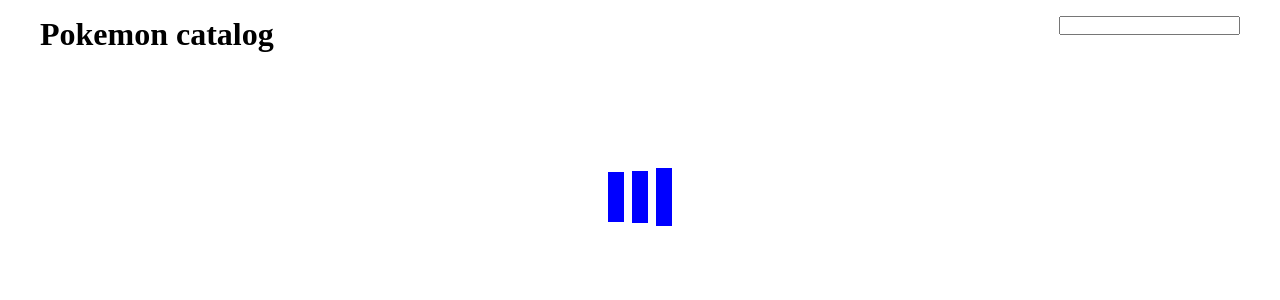
Repository: Ryszard-Penkala/pokemon-API
Page: index.html
These files come from the project's save history. The page is drawn as it stood at one moment and after the next save; the edit follows.
The browser window is 1280 px wide. The pictures show the whole page.
The page's requests for data from a server got no answer.

Above is the page before, as saved 2020-06-28 09:58:44.

### index.html
<!DOCTYPE html>
<html lang="en">
<head>
    <meta charset="UTF-8">
    <meta name="viewport" content="width=device-width, initial-scale=1.0">
    <link href="https://fonts.googleapis.com/css2?family=Lato:wght@400;700&amp;display=swap" rel="stylesheet">
    <link rel="stylesheet" href="assets/styles/styles.css">
    <title>Pokemon API</title>
</head>
<body>
    <main class="pokemon-app">
        <header class="header-main pokemon-app__header">
            <div class="header-main__catalog">
                <h1 class="header-main__heading">Pokemon catalog</h1>
            </div>
            <div class="header-main__search-bar">
                <input class="header-main__searching header-main__searching--active" type="text">
            </div>
        </header>
        <section class="section-main pokemon-app__section" data-content>

        </section>
        <footer class="footer-main pokemon-app__footer">
            <div class="footer-main__load-bar">
                <button class="footer-main__load-button" data-load-button>Load more</button>
                <div class="footer-main__loader hidden" data-loader><div></div><div></div><div></div></div>
            </div>

        </footer>
    </main>


    <script src="assets/js/script.js"></script>
    <script>
        const Catalog = new pokemonAPICatalog();
        Catalog.init();
    </script>
</body>
</html>

### assets/styles/styles.css
*, *::before, *::after{
    margin: 0;
    padding: 0;
    box-sizing: border-box;
}
.body{
    display: flex;
    font-family: "Lato", sans-serif;
}

.pokemon-app{
    max-width: 1200px;
    margin: 0 auto;
}

.header-main{
    display: flex;
    justify-content: space-between;
    padding: 1rem 0;
}

.header-mian__catalog{
    display: inline-block;
}

.header-main__search-bar{
    display: inline-block;
}

.section-main{
    display: grid;
    grid-gap: 25px;
    grid-template-columns: repeat(auto-fit, minmax(250px, 1fr));
}
.section-main__card{
    width: 250px;
}
.card__header{
    display: flex;
    justify-content: space-between;
    line-height: 24px;
}

.card__name{
    font-size: 24px;
}

.card__image{
    width: 250px;
}

.card--bold{
    font-weight: 700;
}

.footer-main__load-button{
  display: block;
  margin: 5rem auto;
  height: 5rem;
  width: 20rem;
  font-size: 24px;
  border: 5px solid;
  cursor: pointer;
}

.footer-main__load-button:hover{
  color: white;
  background-color: black;
  border: 5px solid black;
}

.footer-main__loader {
    display: block;
    position: relative;
    width: 80px;
    height: 5rem;
    margin: 5rem auto;
  }
  .footer-main__loader div {
    display: inline-block;
    position: absolute;
    left: 8px;
    width: 16px;
    background: blue;
    animation: footer-main__loader 1.2s cubic-bezier(0, 0.5, 0.5, 1) infinite;
  }
  .footer-main__loader div:nth-child(1) {
    left: 8px;
    animation-delay: -0.24s;
  }
  .footer-main__loader div:nth-child(2) {
    left: 32px;
    animation-delay: -0.12s;
  }
  .footer-main__loader div:nth-child(3) {
    left: 56px;
    animation-delay: 0;
  }
  @keyframes footer-main__loader {
    0% {
      top: 8px;
      height: 5rem;
    }
    50%, 100% {
      top: 24px;
      height: 3rem;
    }
  }

.hidden{
    display: none;
    background-color: green;
  }

### assets/js/script.js
class pokemonAPICatalog {
    constructor() {
        this.catalog = null;
        this.cards = [];
        this.page = 1;

        this.API = "https://api.pokemontcg.io";
        this.API_VERSION= "v1";
        this.API_RESOURCE = "cards?pageSize=4&page=2";
        this.API_PAGE_SIZE = "pageSize=4"
        this.API_PAGE = "page="

        this.API_ENDPOINT = `${this.API}/${this.API_VERSION}/${this.API_RESOURCE}?${this.API_PAGE_SIZE}&${this.API_PAGE}${this.page}`;

        this.UiSelectors = {
            content : `[data-content]`,
            loadButton : `[data-load-button]`,
            loader : `[data-loader]`
        }
    }
    init(){
        this.catalog = document.querySelector(this.UiSelectors.content);
        this.loadButton = document.querySelector(this.UiSelectors.loadButton);
        this.loader = document.querySelector(this.UiSelectors.loader);
        this.pullCards(this.API_ENDPOINT);
        this.loadButton.addEventListener("click",()=>{
            this.updateAPI_ENDPOINT();
            this.pullCards(this.API_ENDPOINT);
        })
    }

    updateAPI_ENDPOINT(){
        this.page += 1;
        this.API_ENDPOINT = `${this.API}/${this.API_VERSION}/${this.API_RESOURCE}?${this.API_PAGE_SIZE}&${this.API_PAGE}${this.page}`;
    }

    updateClassList(){
        this.loadButton.classList.toggle('hidden');
        this.loader.classList.toggle('hidden');
    }

    async pullCards(url){
        this.updateClassList();
        const { cards } = await this.fetchData(url)
        this.cards = [...cards];
        this.addCards(this.cards);
        this.updateClassList();
    }


    async fetchData(url){
        const response = await fetch(url);
        const parsedResponse = await response.json();

        return parsedResponse;
    }

    addCards(cards){
        this.cards.map(card => {
            this.catalog.insertAdjacentHTML("beforeend", this.drawCard(card))
        });
    }

    drawCard(card){
        return(
            `<span class="section-main__card">
                <header class="card__header">
                    <span class="card__name card--bold">${card.name}</span>
                    <span class="card__id">Nr: ${card.number}</span>
                </header>
                <img src=${card.imageUrl} class="card__image">
                <footer class="card_footer">
                    <div class="card__supertype">
                        <span class="card__supertype card--bold">Supertype : </span>
                        ${card.supertype}
                    </div>
                    <div class="card__subtype">
                        <span class="card__subtype card--bold">Subtype : </span>
                        ${card.subtype}
                    </div>
                    <div class="card__rarity">
                        <span class="card__rarity card--bold">Rarity : </span>
                        ${card.rarity}
                    </div>
                </footer>
            </span>`
        )
    }
}

After the next save:
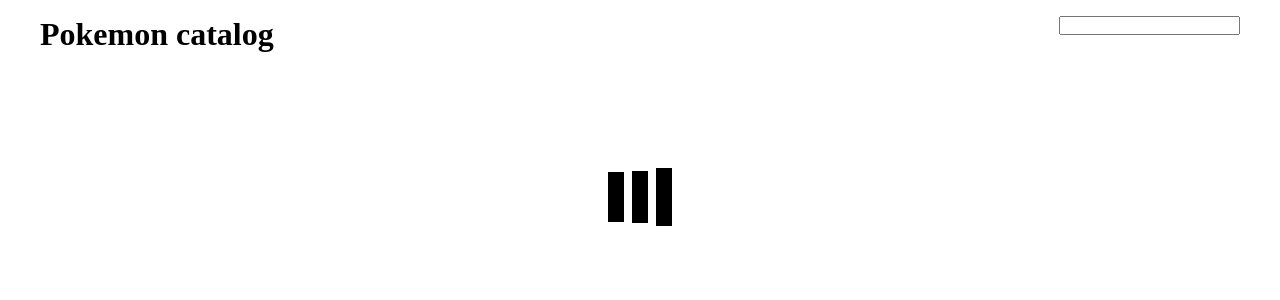
Saved 54 min 6 s later.
--- a/assets/styles/styles.css
+++ b/assets/styles/styles.css
@@ -81,7 +81,7 @@
     position: absolute;
     left: 8px;
     width: 16px;
-    background: blue;
+    background: #000;
     animation: footer-main__loader 1.2s cubic-bezier(0, 0.5, 0.5, 1) infinite;
   }
   .footer-main__loader div:nth-child(1) {
